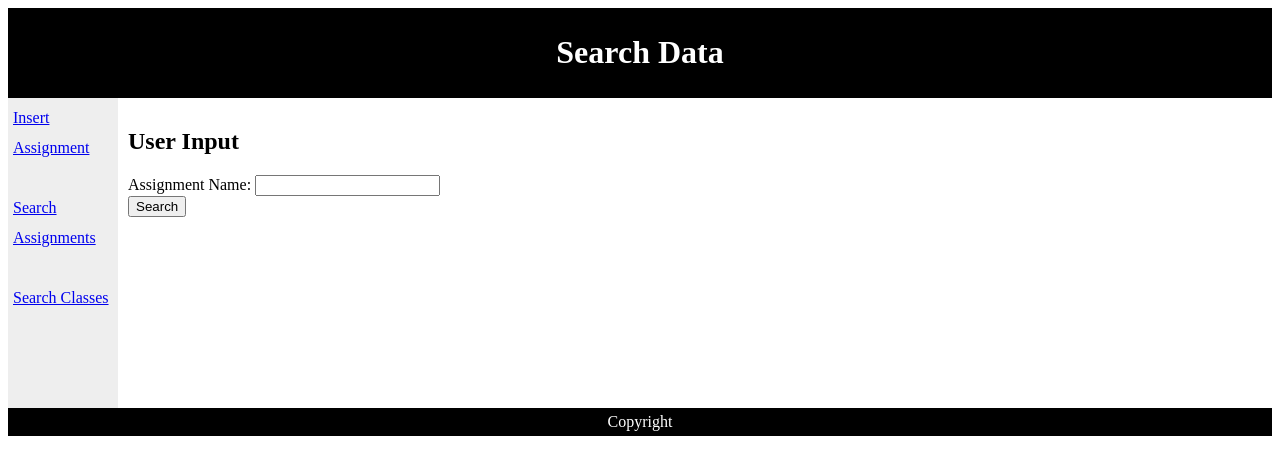
Repository: bpinkelman/Tech-Exercise
Page: planner-pinkelman/WebContent/AssignmentSearch.html
An editor plug-in stored every save of this project. The page is shown before and after the next save, followed by the edit.
The browser window is 1280 px wide. The pictures show the whole page.

Above is the page before, as saved 2020-02-28 00:46:13.

After the next save:
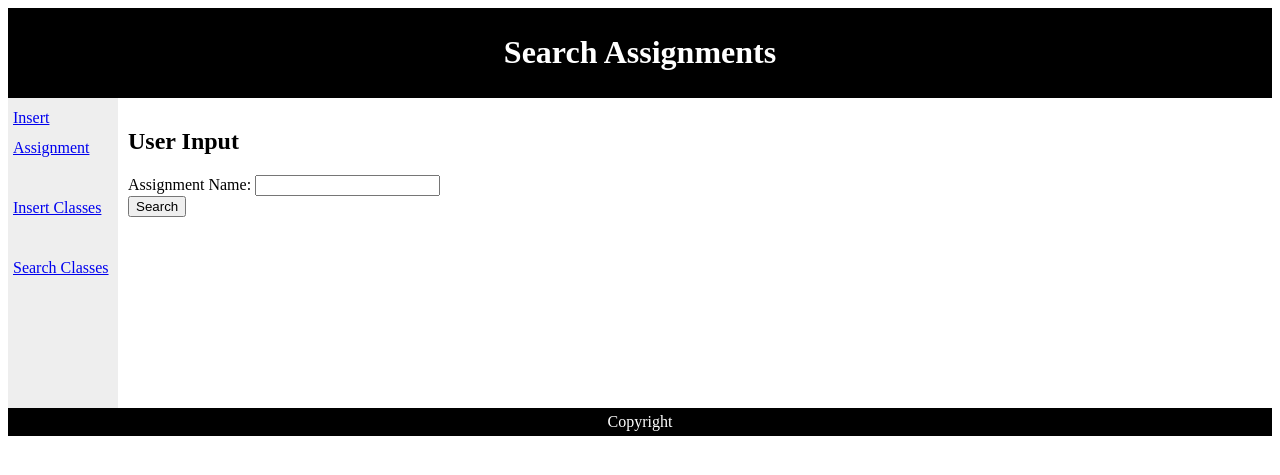
Saved 75 s later.
--- a/planner-pinkelman/WebContent/AssignmentSearch.html
+++ b/planner-pinkelman/WebContent/AssignmentSearch.html
@@ -32,12 +32,12 @@ footer {
 
 <body>
 <header>
-<h1> Search Data </h1>
+<h1> Search Assignments </h1>
 </header>
 
 <nav>
 <a href="/planner-pinkelman/AssignmentInsert.html">Insert Assignment</a> <br><br>
-<a href="/planner-pinkelman/AssignmentSearch.html">Search Assignments</a> <br><br>
+<a href="/planner-pinkelman/simpleFormInsert.html">Insert Classes</a> <br><br>
 <a href="/planner-pinkelman/simpleFormSearch.html">Search Classes</a> <br><br>
 </nav>
 
